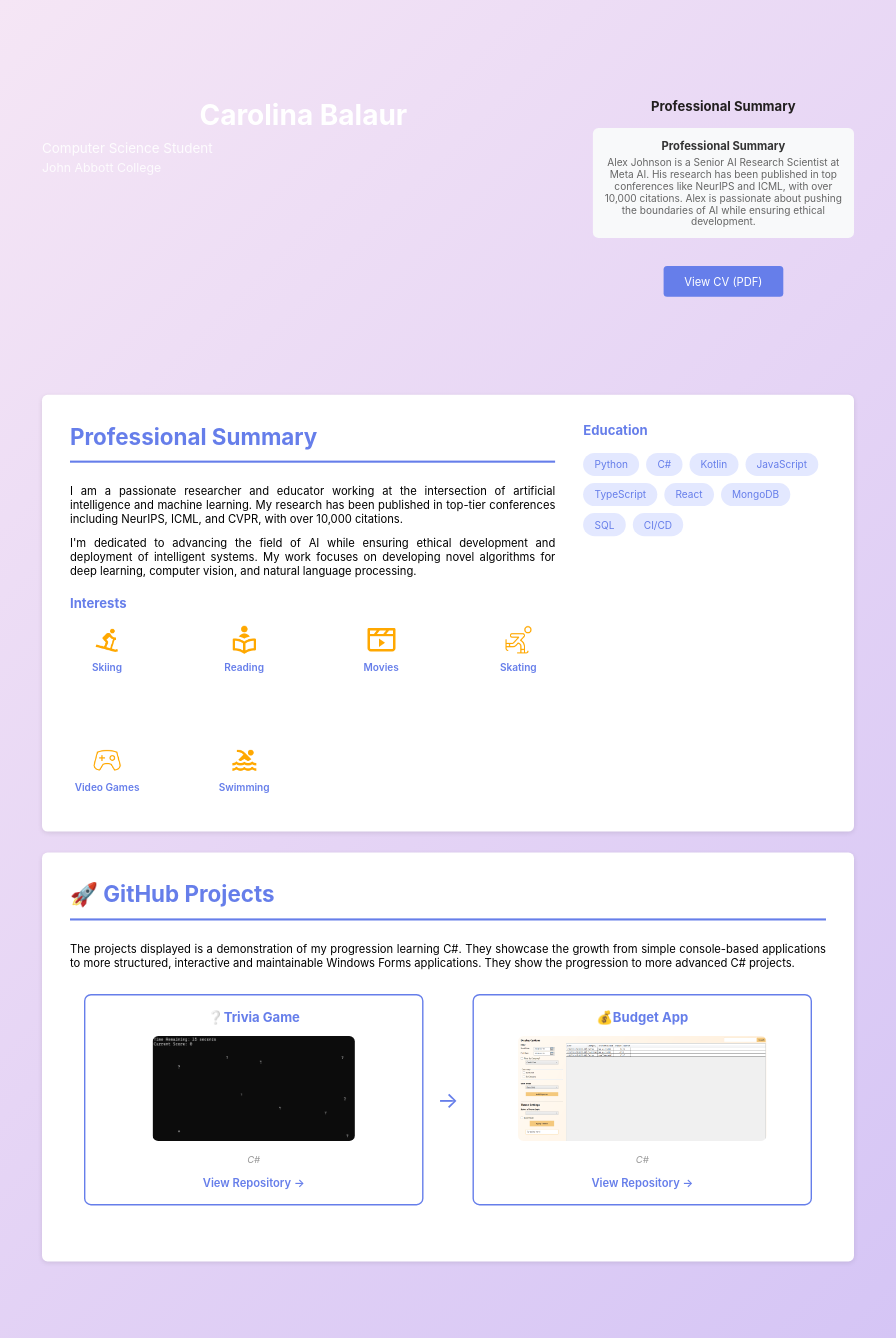
Repository: cocobalaur/portfolio
Page: index.html
An editor plug-in stored every save of this project. The page is shown before and after the next save, followed by the edit.
The browser window is 1280 px wide. The pictures show the whole page, at 70% of full size.

Above is the page before, as saved 2025-12-06 23:07:16.

### index.html
<!DOCTYPE html>
<html lang="en">

<head>
    <meta charset="UTF-8">
    <meta name="viewport" content="width=device-width, initial-scale=1.0">
    <title>Portfolio</title>
    <link rel="stylesheet" href="style.css">
</head>

<body>
    <header class="header">
        <div class="container">
            <section id="bio">
                <div class="bio-section">
                    <div class="bio-content">
                        <h1>Carolina Balaur</h1>
                        <p class="title">Computer Science Student</p>
                        <p class="affiliation">John Abbott College</p>


                    </div>
                    <div class="bio-sidebar">
                        <h3 style="color: #221f1f; margin-bottom: 20px;">Professional Summary</h3>

                        <div class="education-item">
                            <div class="education-details">
                                <h4>Professional Summary</h4>
                                <p>Alex Johnson is a Senior AI Research Scientist at Meta AI. His research has been
                                    published in top
                                    conferences like NeurIPS and ICML, with over 10,000 citations.
                                    Alex is passionate about pushing the boundaries of AI while ensuring
                                    ethical development.</p>
                            </div>
                        </div>
                        <a href="CarolinaBalaur.pdf" class="btn-primary" target="_blank">
                            View CV (PDF)
                        </a>


                    </div>
                </div>
            </section>
        </div>
    </header>

    <div class="container">

        <section id="bio" class="section">
            <div class="bio-section">
                <div class="bio-content">

                    <h2 class="section-title">Professional Summary</h2>
                    <p>
                        I am a passionate researcher and educator working at the intersection of artificial intelligence
                        and machine learning. My research has been published in top-tier conferences including NeurIPS,
                        ICML, and CVPR, with over 10,000 citations.
                    </p>
                    <p>
                        I'm dedicated to advancing the field of AI while ensuring ethical development and deployment
                        of intelligent systems. My work focuses on developing novel algorithms for deep learning,
                        computer vision, and natural language processing.
                    </p>

                    <h3>Interests</h3>
                    <div class="interests-grid">
                        <div class="interest-item">
                            <img src="icons/Downhill-Skiing.png" alt="Skiing Icon">
                            <p>Skiing</p>
                        </div>
                        <div class="interest-item">
                            <img src="icons/User-Reading.png" alt="Reading Icon">
                            <p>Reading</p>
                        </div>
                        <div class="interest-item">
                            <img src="icons/Movies-Clapboard-Play.png" alt="Movies Icon">
                            <p>Movies</p>
                        </div>
                        <div class="interest-item">
                            <img src="icons/Skating.png" alt="Skating Icon">
                            <p>Skating</p>
                        </div>
                        <div class="interest-item">
                            <img src="icons/Video-Games.png" alt="Video Games Icon">
                            <p>Video Games</p>
                        </div>
                        <div class="interest-item">
                            <img src="icons/Pool.png" alt="Video Games Icon">
                            <p>Swimming</p>
                        </div>
                    </div>

                </div>

                <div class="bio-sidebar">
                    <h3 style="color: #667eea; margin-bottom: 20px;">Education</h3>

                    <div class="interests">
                        <span class="interest-tag">Python</span>
                        <span class="interest-tag">C#</span>
                        <span class="interest-tag">Kotlin</span>
                        <span class="interest-tag">JavaScript</span>
                        <span class="interest-tag">TypeScript</span>
                        <span class="interest-tag">React</span>
                        <span class="interest-tag">MongoDB</span>
                        <span class="interest-tag">SQL</span>
                        <span class="interest-tag">CI/CD</span>
                    </div>
                </div>
        </section>

        <!-- Projects Section -->
        <section id="projects" class="section">
            <h2 class="section-title">🚀 GitHub Projects</h2>
            <div class="bio-content">
                <p>
                    The projects displayed is a demonstration of my progression learning C#.
                    They showcase the growth from simple console-based applications to more structured, interactive and
                    maintainable Windows Forms applications.
                    They show the progression to more advanced C# projects.
                </p>
            </div>

            <div class="project-box">
                <div class="project-card">
                    <h3>❔Trivia Game</h3>
                    <a href="https://github.com/cocobalaur/answering-question-game.git" target="_blank">
                        <img src="icons-images/project1.png" alt="Project One Screenshot" class="project-image">
                    </a>
                    <p class="tech-stack">C#</p>
                    <a href="https://github.com/cocobalaur/answering-question-game.git" target="_blank">View Repository
                        →</a>
                </div>

                <div class="project-arrow">→</div>

                <div class="project-card">
                    <h3>💰Budget App</h3>
                    <a href="https://github.com/cocobalaur/AppDev_2025_LinaBiba.git" target="_blank">
                        <img src="icons-images\project2.png" alt="Project Two Screenshot" class="project-image">
                    </a>
                    <p class="tech-stack">C#</p>
                    <a href="https://github.com/cocobalaur/AppDev_2025_LinaBiba.git" target="_blank">View Repository
                        →</a>
                </div>
            </div>
        </section>
</body>

</html>

### style.css
* {
  margin: 0;
  padding: 0;
  box-sizing: border-box;
}

body {
  font-family: "Inter", -apple-system, BlinkMacSystemFont, "Segoe UI", Roboto,
    sans-serif;
  background: linear-gradient(135deg, #f5e6f5 0%, #e6d5f5 50%, #d5c5f5 100%);
  padding: 40px 20px;
  min-height: 100vh;
}

.header {
  color: white;
  padding: 60px 20px;
  text-align: center;
}

.header h1 {
  font-size: 2.5em;
  margin-bottom: 10px;
}

.header .title {
  font-size: 1.2em;
  opacity: 0.9;
  margin-bottom: 5px;
}

.header .affiliation {
  font-size: 1.1em;
  opacity: 0.85;
}

nav {
  background: white;
  padding: 15px 0;
  box-shadow: 0 2px 4px rgba(0, 0, 0, 0.1);
  position: sticky;
  top: 0;
  z-index: 100;
}

nav ul {
  list-style: none;
  display: flex;
  justify-content: center;
  flex-wrap: wrap;
}

nav li {
  margin: 0 20px;
}

nav a {
  text-decoration: none;
  color: #667eea;
  font-weight: 500;
  transition: color 0.3s;
}

nav a:hover {
  color: #764ba2;
}

.container {
  max-width: 1200px;
  margin: 0 auto;
  padding: 40px 20px;
}

.section {
  background: white;
  margin-bottom: 30px;
  padding: 40px;
  border-radius: 8px;
  box-shadow: 0 2px 8px rgba(0, 0, 0, 0.1);
}

.section-title {
  font-size: 2em;
  color: #667eea;
  margin-bottom: 30px;
  padding-bottom: 15px;
  border-bottom: 3px solid #667eea;
}

.bio-section {
  display: grid;
  grid-template-columns: 2fr 1fr;
  gap: 40px;
}

.bio-content h3 {
  color: #667eea;
  margin-top: 25px;
  margin-bottom: 15px;
}

.bio-content p {
  margin-bottom: 15px;
  text-align: justify;
}

.education-item {
  display: flex;
  align-items: center;
  margin-bottom: 20px;
  padding: 15px;
  background: #f8f9fa;
  border-radius: 8px;
}

.education-icon {
  width: 50px;
  height: 50px;
  background: #667eea;
  border-radius: 50%;
  display: flex;
  align-items: center;
  justify-content: center;
  color: white;
  font-weight: bold;
  margin-right: 20px;
  flex-shrink: 0;
}

.education-details h4 {
  color: #333;
  margin-bottom: 5px;
}

.education-details p {
  color: #666;
  font-size: 0.9em;
}

.interests {
  display: flex;
  flex-wrap: wrap;
  gap: 10px;
}

.interest-tag {
  background: #e3e8ff;
  color: #667eea;
  padding: 8px 16px;
  border-radius: 20px;
  font-size: 0.9em;
}

.btn-primary {
  display: inline-block;
  background: #667eea;
  color: white;
  padding: 12px 30px;
  border-radius: 5px;
  text-decoration: none;
  margin-top: 20px;
  transition: background 0.3s;
}

.btn-primary:hover {
  background: #764ba2;
}

.projects-grid {
  display: grid;
  grid-template-columns: repeat(auto-fit, minmax(300px, 1fr));
  gap: 30px;
  margin-top: 30px;
}

.project-box {
  display: flex;
  gap: 20px;
  padding: 20px;
  margin-bottom: 20px;
}

.project-arrow {
  font-size: 2em;
  color: #667eea;
  display: flex;
  align-items: center;
  justify-content: center;
}

.project-card {
  border: 2px solid #667eea;
  padding: 20px;
  border-radius: 8px;
  background: white;
  flex: 1;
  transition: transform 0.3s, box-shadow 0.3s;
}

.project-card:hover {
  transform: translateY(-5px);
  box-shadow: 0 5px 15px rgba(102, 126, 234, 0.3);
}

.project-card h3 {
  color: #667eea;
  margin-bottom: 15px;
}

.project-card p {
  color: #666;
  margin-bottom: 15px;
}

.project-card .tech-stack {
  font-size: 0.85em;
  color: #999;
  font-style: italic;
  margin-bottom: 15px;
}

.project-card a {
  color: #667eea;
  text-decoration: none;
  font-weight: 600;
}

.interests-grid {
  display: grid;
  grid-template-columns: repeat(auto-fit, minmax(100px, 1fr));
  gap: 90px;
  text-align: center;
  margin-top: 20px;
}

.interest-item {
  display: flex;
  flex-direction: column;
  align-items: center;
  justify-content: center;
}

.interest-item img {
  width: 50px;
  height: 40px;
  object-fit: contain;
  margin-bottom: 10px;
  filter: invert(49%) sepia(100%) saturate(1000%) hue-rotate(10deg)
    brightness(1.1) contrast(1.2);
  transition: transform 0.3s;
}

.interest-item p {
  font-size: 0.9em;
  font-weight: 600;
  color: #667eea;
}

.project-card {
  padding: 20px;
  border-radius: 10px;
  text-align: center;
}

.project-image {
  max-height: 150px;
  border-radius: 8px;
  margin-bottom: 15px;
}

.interest-item:hover img {
  transform: scale(1.1);
}

@media (max-width: 768px) {
  .bio-section {
    grid-template-columns: 1fr;
  }

  .publication-card {
    flex-direction: column;
  }

  .publication-img {
    width: 100%;
  }

  .project-box {
    flex-direction: column;
  }

  .project-arrow {
    transform: rotate(90deg);
  }

  nav ul {
    flex-direction: column;
    align-items: center;
  }

  nav li {
    margin: 5px 0;
  }
}

After the next save:
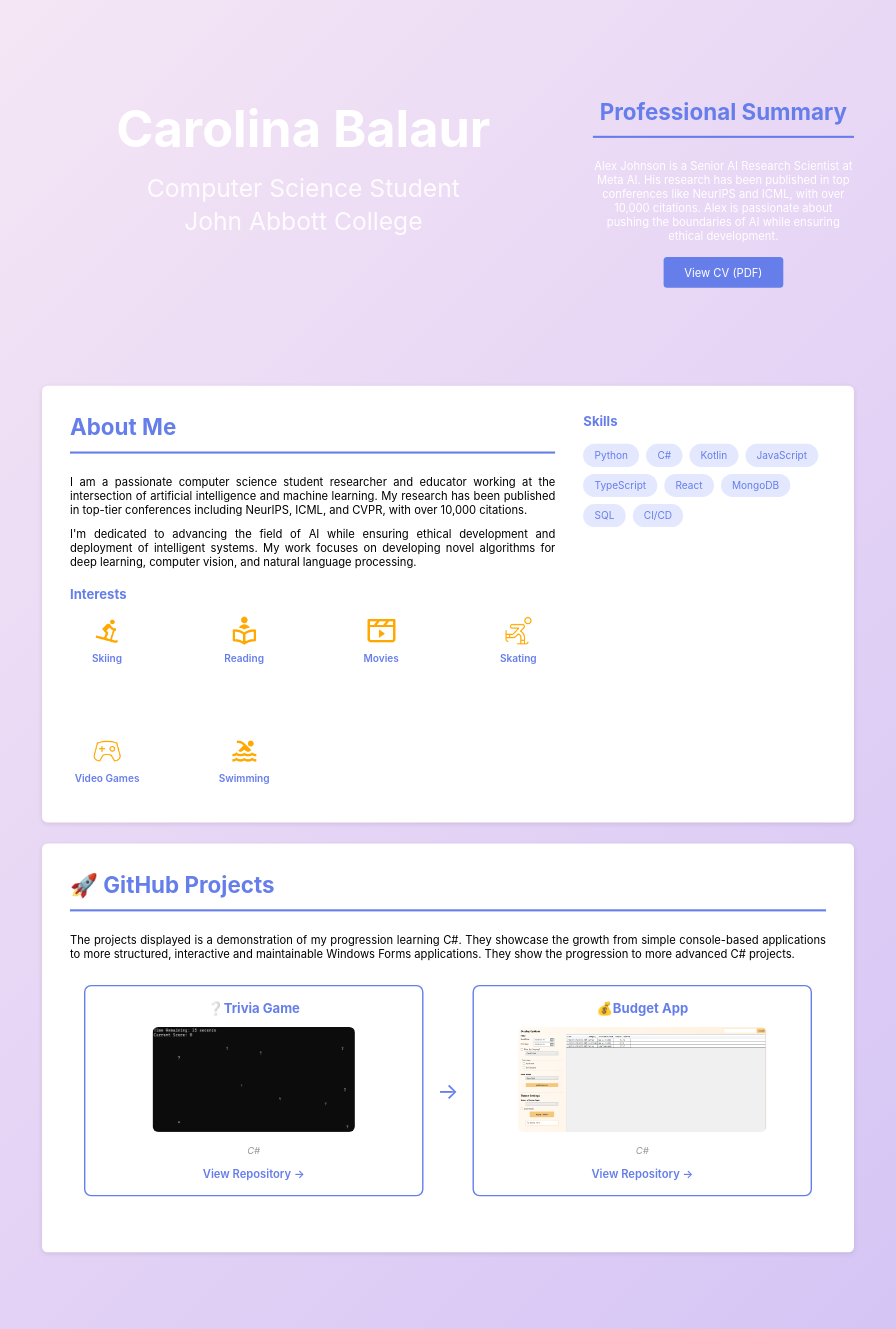
Saved 28 min 50 s later.
--- a/index.html
+++ b/index.html
@@ -16,28 +16,24 @@
                     <div class="bio-content">
                         <h1>Carolina Balaur</h1>
                         <p class="title">Computer Science Student</p>
-                        <p class="affiliation">John Abbott College</p>
+                        <p class="title">John Abbott College</p>
 
 
                     </div>
                     <div class="bio-sidebar">
-                        <h3 style="color: #221f1f; margin-bottom: 20px;">Professional Summary</h3>
 
-                        <div class="education-item">
-                            <div class="education-details">
-                                <h4>Professional Summary</h4>
+                            <div class="bio-details">
+                                <h2 class="section-title">Professional Summary</h2>
                                 <p>Alex Johnson is a Senior AI Research Scientist at Meta AI. His research has been
                                     published in top
                                     conferences like NeurIPS and ICML, with over 10,000 citations.
                                     Alex is passionate about pushing the boundaries of AI while ensuring
                                     ethical development.</p>
                             </div>
-                        </div>
+
                         <a href="CarolinaBalaur.pdf" class="btn-primary" target="_blank">
                             View CV (PDF)
                         </a>
-
-
                     </div>
                 </div>
             </section>
@@ -50,9 +46,9 @@
             <div class="bio-section">
                 <div class="bio-content">
 
-                    <h2 class="section-title">Professional Summary</h2>
+                    <h2 class="section-title">About Me</h2>
                     <p>
-                        I am a passionate researcher and educator working at the intersection of artificial intelligence
+                        I am a passionate computer science student researcher and educator working at the intersection of artificial intelligence
                         and machine learning. My research has been published in top-tier conferences including NeurIPS,
                         ICML, and CVPR, with over 10,000 citations.
                     </p>
@@ -62,30 +58,30 @@
                         computer vision, and natural language processing.
                     </p>
 
-                    <h3>Interests</h3>
+                    <h3 style="color: #667eea; margin-bottom: 20px;">Interests</h3>
                     <div class="interests-grid">
                         <div class="interest-item">
-                            <img src="icons/Downhill-Skiing.png" alt="Skiing Icon">
+                            <img src="icons-images/Downhill-Skiing.png" alt="Skiing Icon">
                             <p>Skiing</p>
                         </div>
                         <div class="interest-item">
-                            <img src="icons/User-Reading.png" alt="Reading Icon">
+                            <img src="icons-images/User-Reading.png" alt="Reading Icon">
                             <p>Reading</p>
                         </div>
                         <div class="interest-item">
-                            <img src="icons/Movies-Clapboard-Play.png" alt="Movies Icon">
+                            <img src="icons-images/Movies-Clapboard-Play.png" alt="Movies Icon">
                             <p>Movies</p>
                         </div>
                         <div class="interest-item">
-                            <img src="icons/Skating.png" alt="Skating Icon">
+                            <img src="icons-images/Skating.png" alt="Skating Icon">
                             <p>Skating</p>
                         </div>
                         <div class="interest-item">
-                            <img src="icons/Video-Games.png" alt="Video Games Icon">
+                            <img src="icons-images/Video-Games.png" alt="Video Games Icon">
                             <p>Video Games</p>
                         </div>
                         <div class="interest-item">
-                            <img src="icons/Pool.png" alt="Video Games Icon">
+                            <img src="icons-images/Pool.png" alt="Video Games Icon">
                             <p>Swimming</p>
                         </div>
                     </div>
@@ -93,7 +89,7 @@
                 </div>
 
                 <div class="bio-sidebar">
-                    <h3 style="color: #667eea; margin-bottom: 20px;">Education</h3>
+                    <h3 style="color: #667eea; margin-bottom: 20px;">Skills</h3>
 
                     <div class="interests">
                         <span class="interest-tag">Python</span>
--- a/style.css
+++ b/style.css
@@ -19,19 +19,15 @@ body {
 }
 
 .header h1 {
-  font-size: 2.5em;
-  margin-bottom: 10px;
+  font-size: 4.5em;
+  margin-bottom: 20px;
 }
 
 .header .title {
-  font-size: 1.2em;
+  font-size: 2.2em;
   opacity: 0.9;
   margin-bottom: 5px;
-}
-
-.header .affiliation {
-  font-size: 1.1em;
-  opacity: 0.85;
+  text-align: center;
 }
 
 nav {
@@ -102,39 +98,6 @@ nav a:hover {
 .bio-content p {
   margin-bottom: 15px;
   text-align: justify;
-}
-
-.education-item {
-  display: flex;
-  align-items: center;
-  margin-bottom: 20px;
-  padding: 15px;
-  background: #f8f9fa;
-  border-radius: 8px;
-}
-
-.education-icon {
-  width: 50px;
-  height: 50px;
-  background: #667eea;
-  border-radius: 50%;
-  display: flex;
-  align-items: center;
-  justify-content: center;
-  color: white;
-  font-weight: bold;
-  margin-right: 20px;
-  flex-shrink: 0;
-}
-
-.education-details h4 {
-  color: #333;
-  margin-bottom: 5px;
-}
-
-.education-details p {
-  color: #666;
-  font-size: 0.9em;
 }
 
 .interests {
